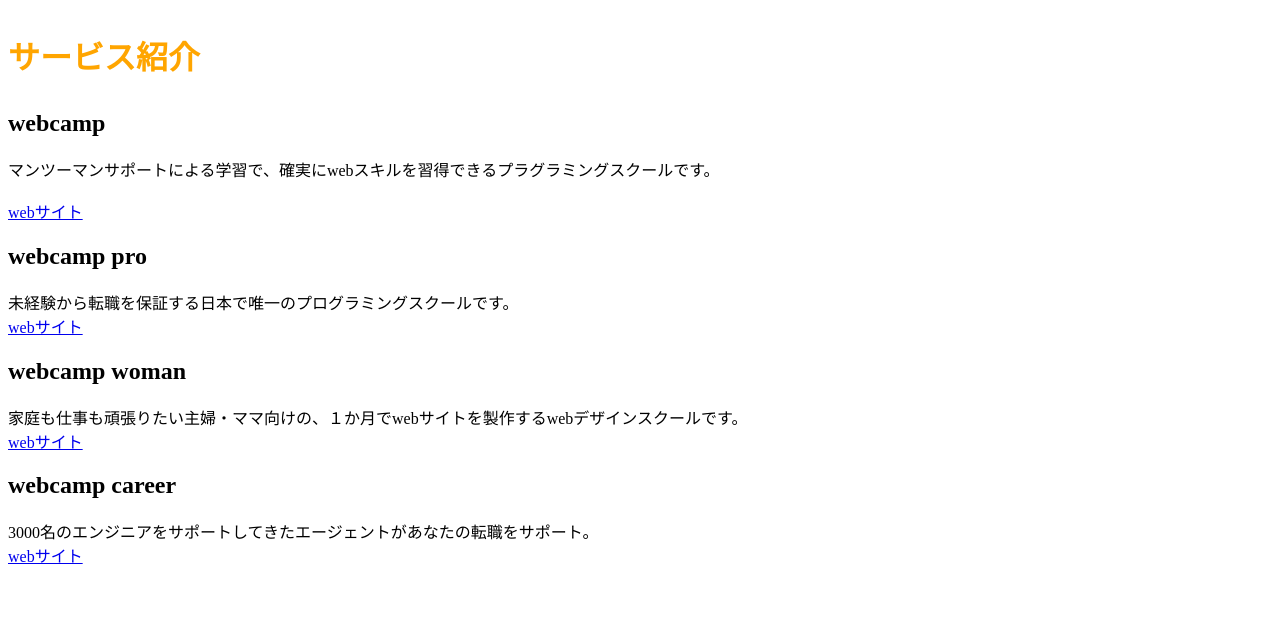
Repository: YasuyoshiSakai/kadai1
Page: sample/ensyuu.html
The author's editor kept a record of every edit. The page is drawn from the files as they stood at one moment, then again after the next edit.
The browser window is 1280 px wide. The pictures show the whole page.

Above is the page before.

After the next edit:
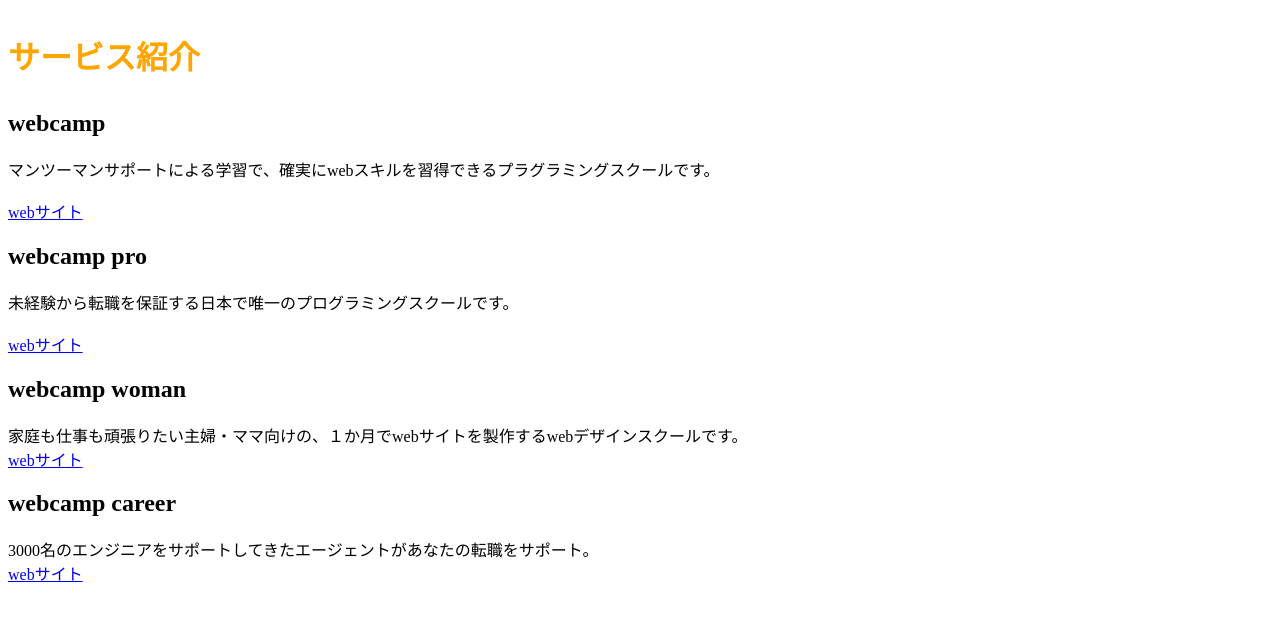
The edit:
--- a/sample/ensyuu.html
+++ b/sample/ensyuu.html
@@ -14,7 +14,7 @@
 <a href="https://www.google.com/?hl=ja">webサイト</a><br>
 
 <h2>webcamp pro</h2>
-未経験から転職を保証する日本で唯一のプログラミングスクールです。<br>
+未経験から転職を保証する日本で唯一のプログラミングスクールです。<br><br>
 <a href="https://www.google.com/?hl=ja">webサイト</a><br>
 <h2>webcamp woman</h2>
 家庭も仕事も頑張りたい主婦・ママ向けの、１か月でwebサイトを製作するwebデザインスクールです。<br>
